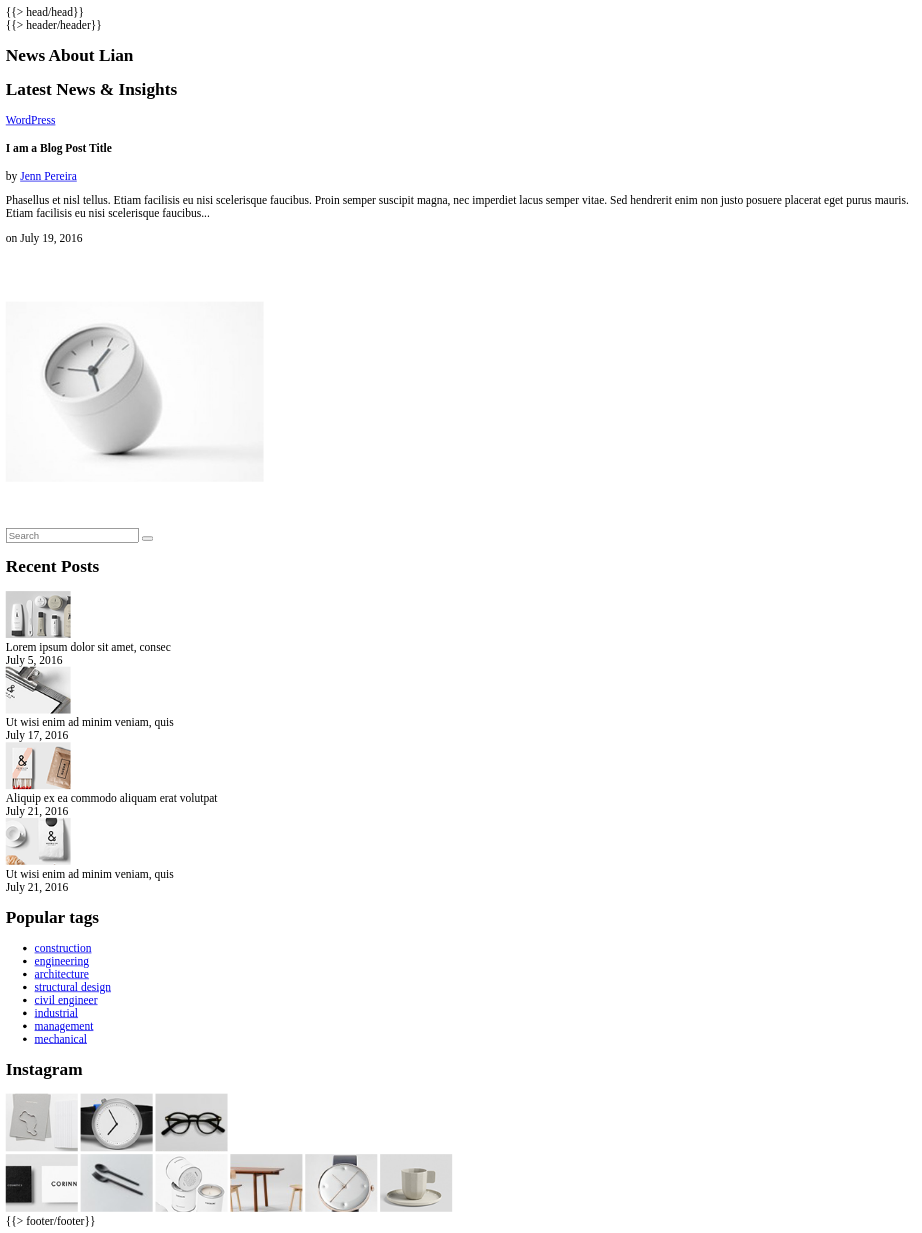
Repository: nataliiasaltan/Lian
Page: src/blog.html
These files come from the project's save history. The page is drawn as it stood at one moment and after the next save; the edit follows.
The browser window is 1280 px wide. The pictures show the whole page, at 72% of full size.

Above is the page before, as saved 2020-05-23 19:02:19.

### src/blog.html
<!DOCTYPE html>
<html lang="en">
<title>lian</title>

<head>
    {{> head/head}}
</head>

<body>
    <div class="wrapper">
        {{> header/header}}
        <main>
            <section class="blog">
                <div class="banner">
                    <div class="top"></div>
                    <div class="banner__head" style="background-image: url(images/heading4.png);">
                    </div>
                    <div class="banner__inner">
                        <h1 class="banner__title">News About Lian</h1>
                        <h2 class="banner__content">Latest News & Insights</h2>
                    </div>
                </div>
                <div class="blog__container">
                    <div class="blog__main">
                        <div class="blog__wrapper">
                            <div class="blog__post">
                                <div class="blog__inner">
                                    <a href="#" class="blog__btn">WordPress</a>
                                    <h4 class="bold">I am a Blog Post Title</h4>
                                    <div class="blog__content">
                                        <i class="icon-user"></i>
                                        <span>by</span>
                                        <a href="#" class="blog__avtor">Jenn Pereira</a>
                                    </div>
                                    <div class="blog__text">
                                        <p>Phasellus et nisl tellus. Etiam facilisis eu nisi scelerisque faucibus. Proin semper suscipit magna, nec imperdiet lacus semper vitae. Sed hendrerit enim non justo posuere placerat eget purus mauris. Etiam facilisis
                                            eu nisi scelerisque faucibus...</p>
                                    </div>
                                    <div class="blog__holder">
                                        <div class="blog__date">
                                            <i class="icon-calendar-o"></i>
                                            <span>on</span>
                                            <time datetime="2016-07-19T18:18">July 19, 2016</time>
                                        </div>
                                        <div class="blog__like">
                                            <a href="#"><i class="icon-share-alt"></i></a>
                                            <a href="#"><i class="icon-heart"></i></a>
                                        </div>
                                    </div>
                                </div>
                            </div>
                            <div class="blog__post">
                                <a href=""><img src="" alt=""></a>
                                <div class="blog__inner">
                                    <h4 class="bold"></h4>
                                    <div class="blog__content">
                                        <i class="icon-user"></i>
                                        <span></span>
                                        <a href="#" class="blog__avtor"> </a>
                                    </div>
                                    <div class="blog__text">
                                        <p></p>
                                    </div>
                                    <div class="blog__holder">
                                        <div class="blog__date">
                                            <i class="icon-calendar-o"></i>
                                            <span></span>
                                            <time datetime=""></time>
                                        </div>
                                        <div class="blog__like">
                                            <a href="#"><i class="icon-share-alt"></i></a>
                                            <a href="#"><i class="icon-heart"></i></a>
                                        </div>
                                    </div>
                                </div>
                            </div>
                            <div class="blog__post">
                                <a href=""><img src="" alt=""></a>
                                <div class="blog__inner">
                                    <a href="#" class="blog__btn"></a>
                                    <h4 class="bold"></h4>
                                    <div class="blog__content">
                                        <i class="icon-user"></i>
                                        <span></span>
                                        <a href="#" class="blog__avtor"> </a>
                                    </div>
                                    <div class="blog__text">
                                        <p></p>
                                    </div>
                                    <div class="blog__holder">
                                        <div class="blog__date">
                                            <i class="icon-calendar-o"></i>
                                            <span></span>
                                            <time datetime=""></time>
                                        </div>
                                        <div class="blog__like">
                                            <a href="#"><i class="icon-share-alt"></i></a>
                                            <a href="#"><i class="icon-heart"></i></a>
                                        </div>
                                    </div>
                                </div>
                            </div>
                        </div>
                        <div class="blog__wrapper">
                            <div class="blog__post">
                                <a href=""><img src="images/post3.png" alt=""></a>
                                <div class="blog__inner">
                                    <a href="#" class="blog__btn"></a>
                                    <h4 class="bold"></h4>
                                    <div class="blog__content">
                                        <i class="icon-user"></i>
                                        <span></span>
                                        <a href="#" class="blog__avtor"> </a>
                                    </div>
                                    <div class="blog__text">
                                        <p></p>
                                    </div>
                                    <div class="blog__holder">
                                        <div class="blog__date">
                                            <i class="icon-calendar-o"></i>
                                            <span></span>
                                            <time datetime=""></time>
                                        </div>
                                        <div class="blog__like">
                                            <a href="#"><i class="icon-share-alt"></i></a>
                                            <a href="#"><i class="icon-heart"></i></a>
                                        </div>
                                    </div>
                                </div>
                            </div>
                            <div class="blog__post"></div>
                            <div class="blog__post">
                                <a href=""><img src="" alt=""></a>
                                <div class="blog__inner">
                                    <a href="#" class="blog__btn"></a>
                                    <h4 class="bold"></h4>
                                    <div class="blog__content">
                                        <i class="icon-user"></i>
                                        <span></span>
                                        <a href="#" class="blog__avtor"> </a>
                                    </div>
                                    <div class="blog__text">
                                        <p></p>
                                    </div>
                                    <div class="blog__holder">
                                        <div class="blog__date">
                                            <i class="icon-calendar-o"></i>
                                            <span></span>
                                            <time datetime=""></time>
                                        </div>
                                        <div class="blog__like">
                                            <a href="#"><i class="icon-share-alt"></i></a>
                                            <a href="#"><i class="icon-heart"></i></a>
                                        </div>
                                    </div>
                                </div>
                            </div>
                        </div>
                    </div>
                    <div class="blog__aside">
                        <form class="search-form" action="#">
                            <input placeholder="Search" class="aside__input">
                            <button class="aside__btn">
                                <i class="icon-search aside__search"></i>
                            </button>
                        </form>
                        <div class="aside__wrapper">
                            <h2 class="aside__head">Recent Posts</h2>
                            <div class="aside__inner">
                                <div class="aside__post">
                                    <div class="aside__img">
                                        <a href="#"><img src="images/asidePost1.png" alt=""></a>
                                    </div>
                                    <div class="aside__holder">
                                        <div class="aside__text">Lorem ipsum dolor sit amet, consec</div>
                                        <div class="aside__time" datetime="2017-07-05T18:18">July 5, 2016</div>
                                    </div>
                                </div>
                                <div class="aside__post">
                                    <div class="aside__img">
                                        <a href="#"><img src="images/asidePost2.png" alt=""></a>
                                    </div>
                                    <div class="aside__holder">
                                        <div class="aside__text">Ut wisi enim ad minim veniam, quis</div>
                                        <div class="aside__time" datetime="2017-07-17T18:18">July 17, 2016</div>
                                    </div>
                                </div>
                                <div class="aside__post">
                                    <div class="aside__img">
                                        <a href="#"><img src="images/asidePost3.png" alt=""></a>
                                    </div>
                                    <div class="aside__holder">
                                        <div class="aside__text">Aliquip ex ea commodo aliquam erat volutpat</div>
                                        <div class="aside__time" datetime="2017-07-21T18:18">July 21, 2016</div>
                                    </div>
                                </div>
                                <div class="aside__post">
                                    <div class="aside__img">
                                        <a href="#"><img src="images/asidePost4.png" alt=""></a>
                                    </div>
                                    <div class="aside__holder">
                                        <div class="aside__text">Ut wisi enim ad minim veniam, quis</div>
                                        <div class="aside__time" datetime="2017-07-17T18:18">July 21, 2016</div>
                                    </div>
                                </div>
                            </div>
                        </div>
                        <div class="aside__wrapper">
                            <h2 class="aside__head">Popular tags</h2>
                            <ul class="aside__inner wrap">
                                <li class="aside__container"><a href="#" class="aside__link">construction</a></li>
                                <li class="aside__container"><a href="#" class="aside__link">engineering</a></li>
                                <li class="aside__container"><a href="#" class="aside__link">architecture</a></li>
                                <li class="aside__container"><a href="#" class="aside__link">structural design</a></li>
                                <li class="aside__container"><a href="#" class="aside__link">civil engineer</a></li>
                                <li class="aside__container"><a href="#" class="aside__link">industrial</a></li>
                                <li class="aside__container"><a href="#" class="aside__link">management</a></li>
                                <li class="aside__container"><a href="#" class="aside__link">mechanical</a></li>
                            </ul>
                        </div>
                        <div class="aside__wrapper">
                            <h2 class="aside__head">Instagram</h2>
                            <div class="aside__instagram">
                                <div class="aside__content">
                                    <img src="images/asideInstagram1.png" alt="" class="instagram__img">
                                    <img src="images/asideInstagram2.png" alt="" class="instagram__img">
                                    <img src="images/asideInstagram3.png" alt="" class="instagram__img">
                                </div>
                                <div class="aside__content">

                                </div>
                                <div class="aside__content"></div>

                                <img src="images/asideInstagram4.png" alt="" class="instagram__img">
                                <img src="images/asideInstagram5.png" alt="" class="instagram__img">
                                <img src="images/asideInstagram6.png" alt="" class="instagram__img">
                                <img src="images/asideInstagram7.png" alt="" class="instagram__img">
                                <img src="images/asideInstagram8.png" alt="" class="instagram__img">
                                <img src="images/asideInstagram9.png" alt="" class="instagram__img">
                            </div>
                        </div>
                    </div>
                </div>
            </section>
        </main>
        {{> footer/footer}}
    </div>
</body>

</html>

After the next save:
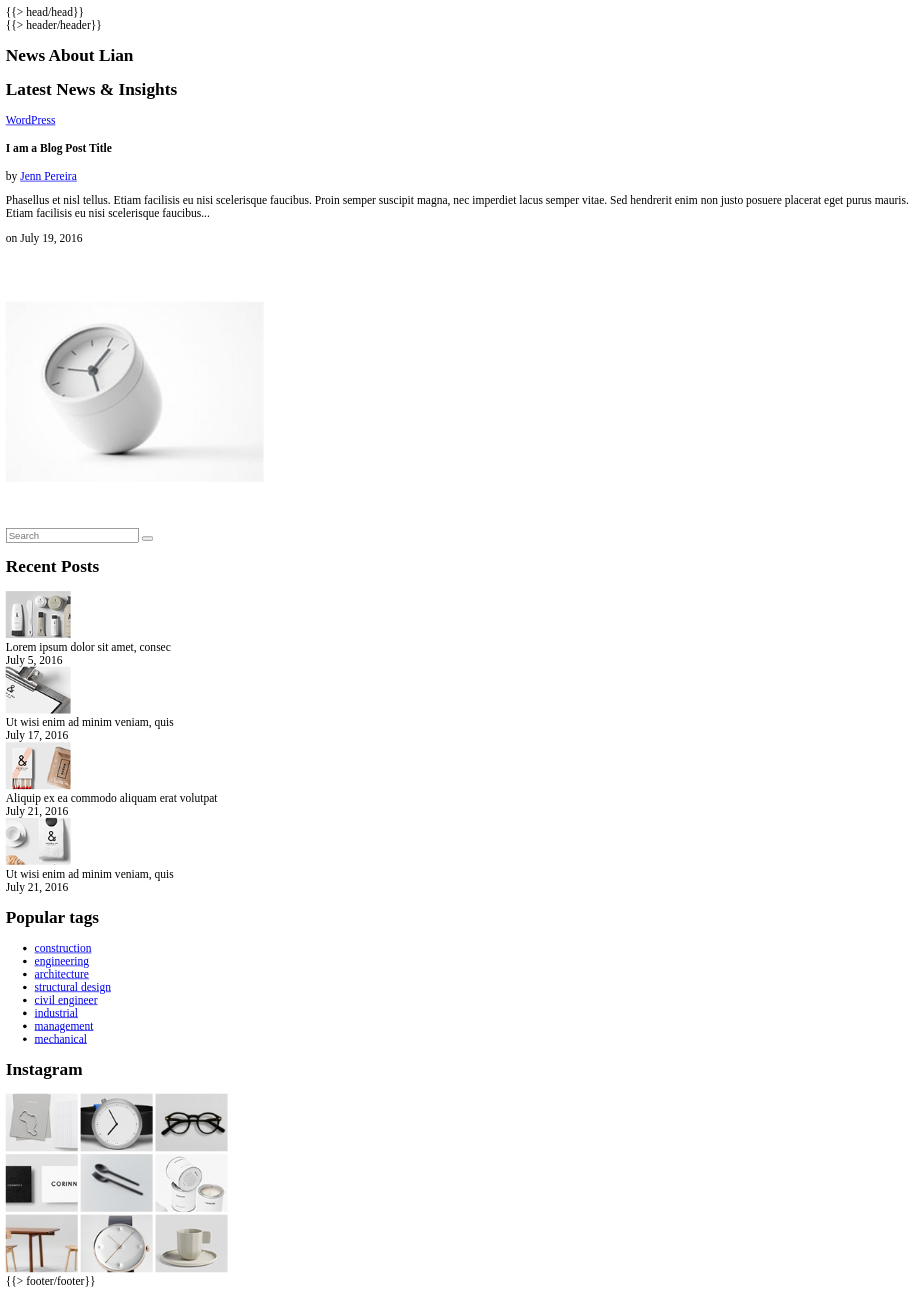
Saved 12 s later.
--- a/src/blog.html
+++ b/src/blog.html
@@ -227,13 +227,15 @@
                                     <img src="images/asideInstagram3.png" alt="" class="instagram__img">
                                 </div>
                                 <div class="aside__content">
-
-                                </div>
-                                <div class="aside__content"></div>
-
-                                <img src="images/asideInstagram4.png" alt="" class="instagram__img">
-                                <img src="images/asideInstagram5.png" alt="" class="instagram__img">
-                                <img src="images/asideInstagram6.png" alt="" class="instagram__img">
+                                    <img src="images/asideInstagram4.png" alt="" class="instagram__img">
+                                    <img src="images/asideInstagram5.png" alt="" class="instagram__img">
+                                    <img src="images/asideInstagram6.png" alt="" class="instagram__img">
+                                </div>
+                                <div class="aside__content">
+
+                                </div>
+
+
                                 <img src="images/asideInstagram7.png" alt="" class="instagram__img">
                                 <img src="images/asideInstagram8.png" alt="" class="instagram__img">
                                 <img src="images/asideInstagram9.png" alt="" class="instagram__img">
